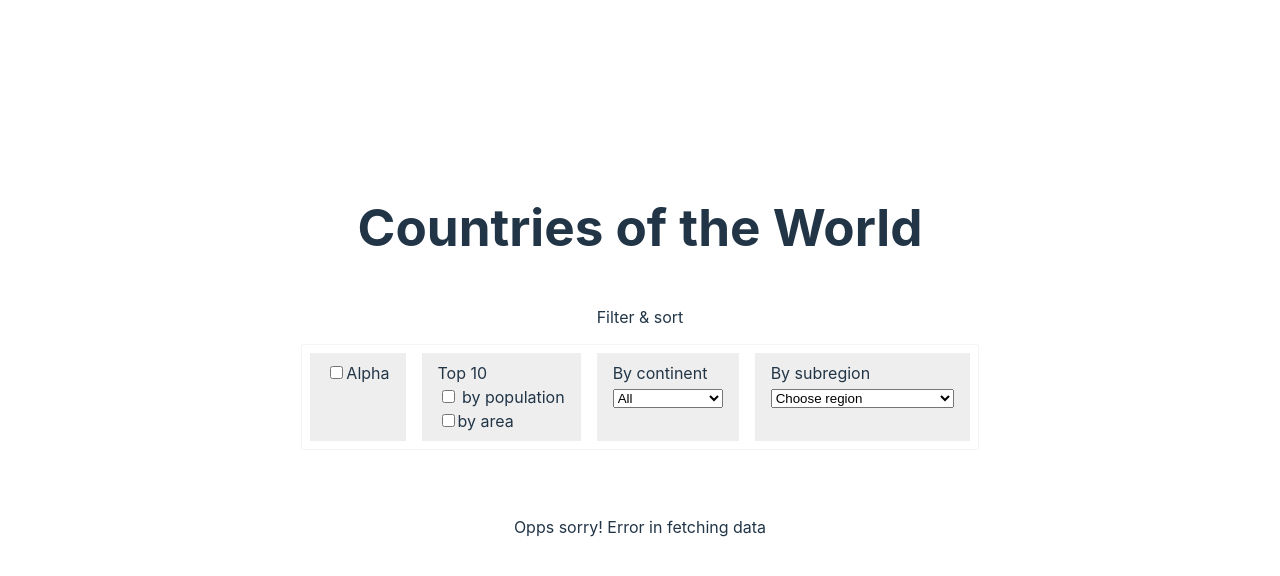
Repository: GloGlorGloria/COMP3170-Lab10
Page: /
An editor plug-in stored every save of this project. The page is shown before and after the next save, followed by the edit.
The browser window is 1280 px wide. The pictures show the whole page.
The page's requests for data from a server got no answer. The project was rebuilt for these pictures with package versions that can differ from the ones it lists, and the page was loaded fresh each time. No one was signed in, and anything a server would have sent is missing. Also part of the build but not shown: vite.config.js, src/components/Country.jsx.

Above is the page before, as saved 2024-11-16 15:27:57.

### index.html
<!doctype html>
<html lang="en">
  <head>
    <meta charset="UTF-8" />
    <link rel="icon" type="image/svg+xml" href="/earth.png" />
    <meta name="viewport" content="width=device-width, initial-scale=1.0" />
    <title>Countries of the World</title>
  </head>
  <body>
    <div id="root"></div>
    <script type="module" src="/src/main.jsx"></script>
  </body>
</html>

### src/App.jsx
import { useEffect, useState } from 'react';
import Countries from './components/Countries';
import './App.css'

function App() {
  const [countries, setCountries] = useState([]);
  const [originalCountries, setOriginalCountries] = useState([]);
  const [isCheckedPopulation, setIsCheckedPopulation] = useState(false);
  const [isCheckedArea, setIsCheckedArea] = useState(false);
  const [fetchStatus, setFetchStatus] = useState('idle');
  const [continent, setContinent] = useState('All');
  const [subregion, setSubregion] = useState('Choose region');

  const isLoading = fetchStatus === 'loading';
  const isError = fetchStatus === 'error';

  useEffect(() => {
    async function fetchData() {
      try {
        setFetchStatus('loading');
        const response = await fetch('https://restcountries.com/v3.1/all');
        const data = await response.json();
        console.log(data);
        setCountries(data);
        setOriginalCountries(data);
        setFetchStatus('idle');
        console.log(countries);
      } catch(e){
        setFetchStatus('error');
        console.error(e.message);
      }
    }
    fetchData();
  }, []);

  function handleAlphaChange(e){
    console.log(e.target.checked);

    if(e.target.checked){
      setCountries([...countries].sort((a, b) => a.name.common.localeCompare(b.name.common)));
    } else {
      setCountries(originalCountries);
    }
  }

  function handlePopulationChange(e){
    console.log(e.target.checked);

    setIsCheckedPopulation(!isCheckedPopulation);
    if (isCheckedArea) {
      setIsCheckedArea(!isCheckedArea);
    }

    if(e.target.checked){
      setCountries([...originalCountries].sort((a, b) => b.population - a.population).slice(0,10));
    } else {
      setCountries(originalCountries);
    }
  }

  function handleAreaChange(e){
    console.log(e.target.checked);

    setIsCheckedArea(!isCheckedArea);
    if (isCheckedPopulation) {
      setIsCheckedPopulation(!isCheckedPopulation);
    }

    if(e.target.checked){
      setCountries([...originalCountries].sort((a, b) => b.area - a.area).slice(0,10))
    } else {
      setCountries(originalCountries);
    }
  }

  function handleContinentChange(e){
    setContinent(e.target.value);
    setSubregion('Choose region');


    if(e.target.value === 'All'){
      setCountries(originalCountries);
    } else {
      setCountries([...originalCountries].filter(country => country.continents.includes(e.target.value)));
    }
  }

  function handleSubRegionChange(e){
    setSubregion(e.target.value);
    setContinent('All');

    if(e.target.value === 'Choose region'){
      setCountries(originalCountries);
    } else {
      setCountries([...originalCountries].filter(country => country.subregion === (e.target.value)));
    }
  }

  return (
    <div>
      <h1>Countries of the World</h1>
    <div>
    <div className='filter_container'>
        <p>Filter & sort</p>
        <div className='filterInfo_container'>
          <div className='filter'>
            <input type="checkbox" onChange={handleAlphaChange}/>
            <label>Alpha</label>
          </div>

          <div className='filter'>
            <p>Top 10</p>
            <input
              type="checkbox"
              onChange={handlePopulationChange}
              checked={isCheckedPopulation}
            /> by population
            <br/>
            <input
              type="checkbox"
              onChange={handleAreaChange}
              checked={isCheckedArea}
            />
            <label>by area</label>
          </div>

          <div className='filter'>
            <p>By continent</p>
            <select value={continent} onChange={handleContinentChange}>
              <option defaultValue="All">All</option>
              <option value="Antarctica">Antarctica</option>
              <option value="Asia">Asia</option>
              <option value="Africa">Africa</option>
              <option value="North America">North America</option>
              <option value="South America">South America</option>
              <option value="Europe">Europe</option>
              <option value="Oceania">Oceania</option>
            </select>
          </div>

          <div className='filter'>
            <p>By subregion</p>
            <select value={subregion} onChange={handleSubRegionChange}>
              <option defaultValue="Choose region">Choose region</option>
              <option value="Caribbean">Caribbean</option>
              <option value="Western Europe">Western Europe</option>
              <option value="Western Africa">Western Africa</option>
              <option value="Central Europe">Central Europe</option>
              <option value="Eastern Asia">Eastern Asia</option>
              <option value="Polynesia">Polynesia</option>
              <option value="Northern Africa">Northern Africa</option>
              <option value="Southern Europe">Southern Europe</option>
              <option value="South-Eastern Asia">South-Eastern Asia</option>
              <option value="Eastern Africa">Eastern Africa</option>
              <option value="Southern Africa">Southern Africa</option>
              <option value="North America">North America</option>
              <option value="Middle Africa">Middle Africa</option>
              <option value="Micronesia">Micronesia</option>
              <option value="Southeast Europe">Southeast Europe</option>
              <option value="Western Asia">Western Asia</option>
              <option value="Northern Europe">Northern Europe</option>
              <option value="Melanesia">Melanesia</option>
              <option value="Central Asia">Central Asia</option>
              <option value="Southern Asia">Southern Asia</option>
              <option value="South America">South America</option>
              <option value="Australia and New Zealand">Australia and New Zealand</option>
              <option value="Central America">Central America</option>
              <option value="Eastern Europe">Eastern Europe</option>
            </select>
           </div>
        </div>
      <div>

      </div>
    </div>


    </div>








      {isLoading ? (
        <p>Loading data...</p>
      ) : isError ? (
        <p>Opps sorry! Error in fetching data</p>
      ) : (
        <Countries data={countries} />
      )}
    </div>
  );
}

export default App;

### src/components/Countries.jsx
import Country from './Country';

export default function Countries({ data }) {
    return(
        <div className='country-container'>
            {data.map((country, index) => (
                <Country key={index} country={country} />
            ))}
        </div>
    );
}

### src/App.css
#root {
  max-width: 1280px;
  margin: 0 auto;
  padding: 2rem;
  text-align: center;
}

.country-container{
  display:flex;
  gap:1em;
  flex-wrap:wrap;
  justify-content: left;
}

.country-card{
  width:400px;
  box-shadow: rgba(0, 0, 0, 0.25) 0px 2px 2px 0px;
}

.country-title{
  display:flex;
  max-height:50px;
  background-color: rgb(238, 238, 238);
  justify-content: space-between;
}

.country-title p {
flex-basis: 70%;
width: 100%;
margin: 0px;
padding: 0px;
text-align: left;
line-height: 3;
font-weight: bold;
}

img{
  height:50px;
  overflow: clip;
}

.country-info{
  padding: 1em;
  text-align: left;
}

.country-info p {
  display: flex;
}

.country-info p span {
  flex-basis: 50%;
  text-align: left;
}

.info-title{
  font-weight: bold;
}

.filter{
  display: block;
  padding: 0.5rem 1rem;
  background-color: rgb(238, 238, 238);
}

.filter p{
  margin: 0;
}


.filter_container{
  display:flex;
  flex-direction: column;
  align-items: center;
}

.filterInfo_container{
  display: flex;
  width: 80%;
  gap: 1em;
  text-align: left;
  padding: 0.5rem;
  box-shadow: rgba(0, 0, 0, 0.25) 0px 0px 1px 0px;
  margin-bottom: 50px;
  width: fit-content;
}

Loaded but not shown: src/main.jsx (common file); src/index.css (common file)

After the next save:
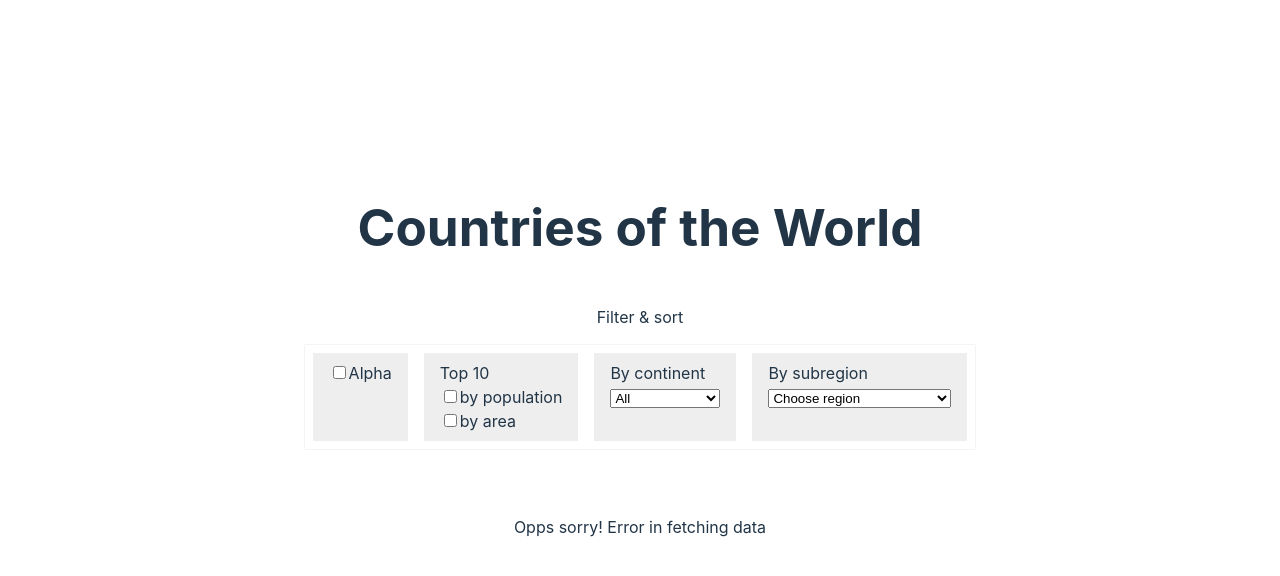
Saved 12 min 54 s later.
--- a/src/App.jsx
+++ b/src/App.jsx
@@ -114,7 +114,7 @@ function App() {
               type="checkbox"
               onChange={handlePopulationChange}
               checked={isCheckedPopulation}
-            /> by population
+            />by population
             <br/>
             <input
               type="checkbox"
